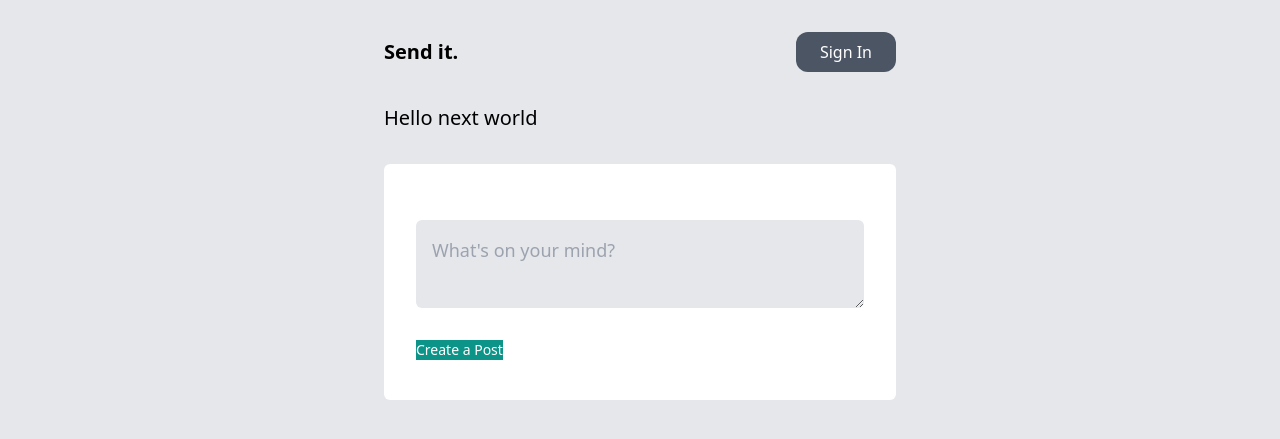
Repository: AMT98/SEND-IT
Page: /
An editor plug-in stored every save of this project. The page is shown before and after the next save, followed by the edit.
The browser window is 1280 px wide. The pictures show the whole page.
The page's requests for data from a server got no answer. The project was rebuilt for these pictures with package versions that can differ from the ones it lists, and the page was loaded fresh each time. The framework's server and built-in components were replaced by stand-ins that run in the browser. No one was signed in, and anything a server would have sent is missing. Also part of the build but not shown: next.config.js, app/auth/Logged.tsx.

Above is the page before, as saved 2023-02-14 17:03:21.

After the next save:
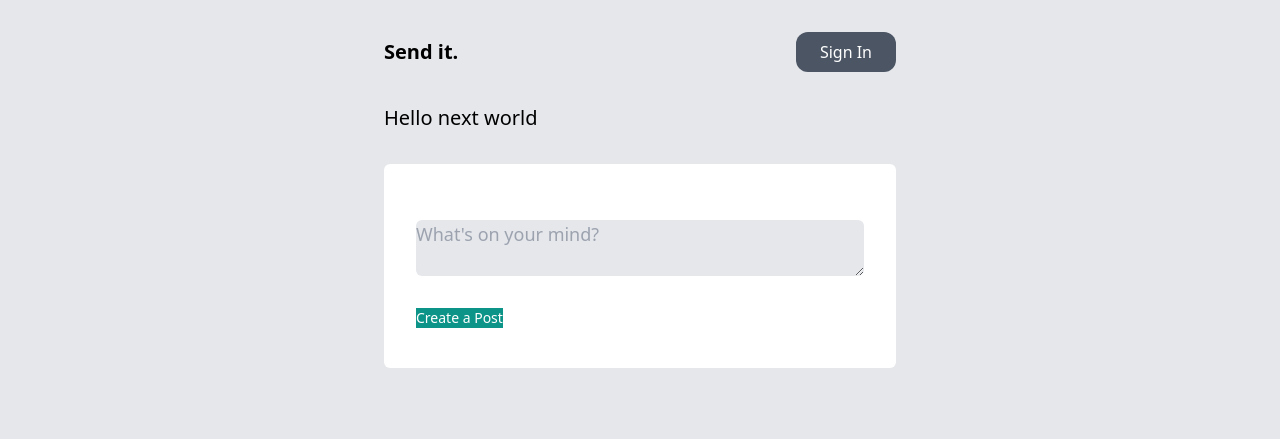
Saved 30 s later.
--- a/app/components/AddPost.tsx
+++ b/app/components/AddPost.tsx
@@ -12,7 +12,7 @@
           name="title"
           value={title}
           placeholder="What's on your mind?"
-          className="p-4 text-lg rounded-md my-2 bg-gray-200"
+          className=" text-lg rounded-md my-2 bg-gray-200"
         ></textarea>
       </div>
       <div>

After the save that followed:
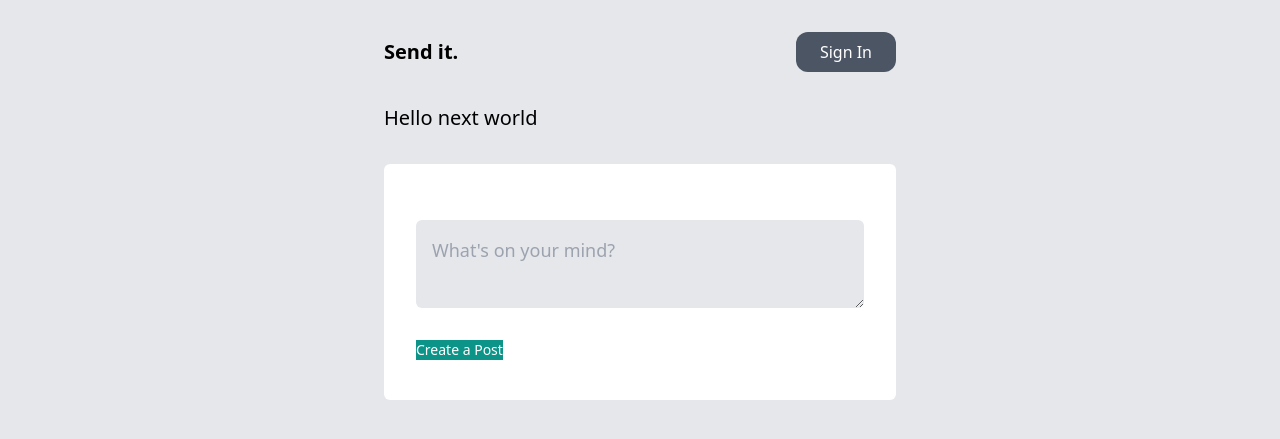
Saved 6 s later.
--- a/app/components/AddPost.tsx
+++ b/app/components/AddPost.tsx
@@ -12,7 +12,7 @@
           name="title"
           value={title}
           placeholder="What's on your mind?"
-          className=" text-lg rounded-md my-2 bg-gray-200"
+          className="p-4 text-lg rounded-md my-2 bg-gray-200"
         ></textarea>
       </div>
       <div>
